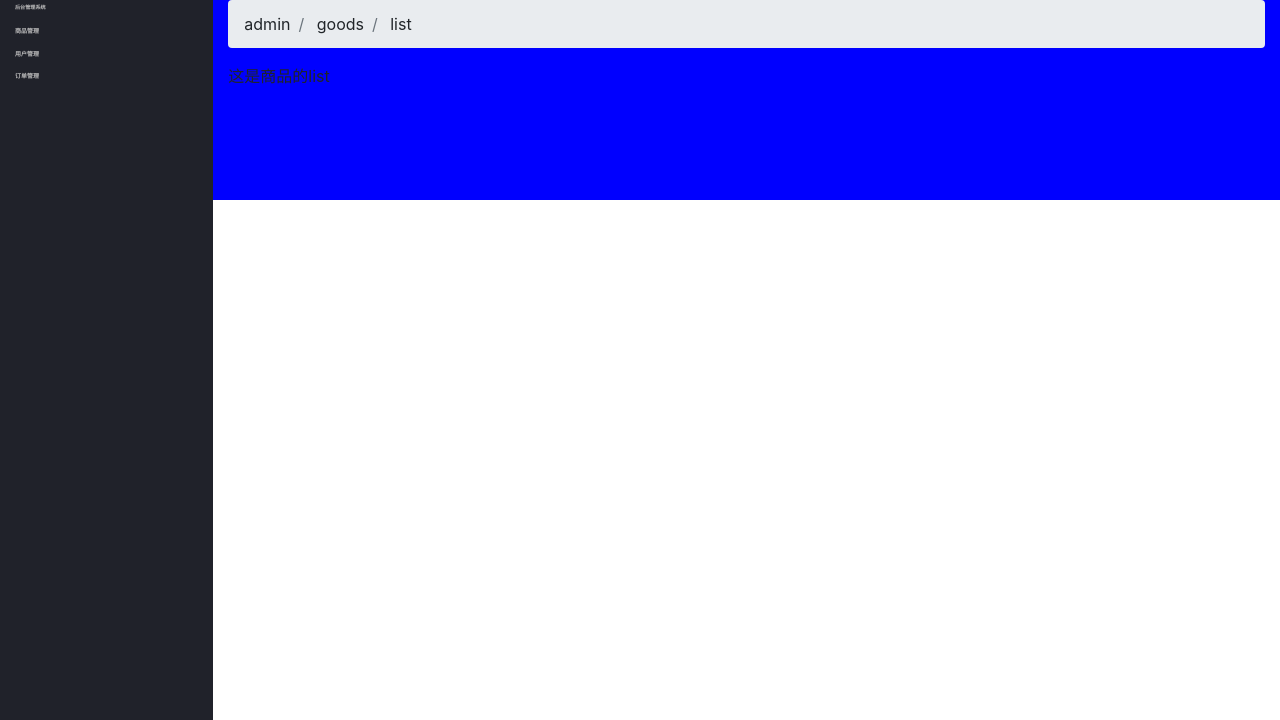
Repository: Rayfang0719/Vue-admin
Page: /admin/goods/list
An editor plug-in stored every save of this project. The page is shown before and after the next save, followed by the edit.
The browser window is 1280 px wide. The pictures show the whole page.
The project was rebuilt for these pictures with package versions that can differ from the ones it lists, and the page was loaded fresh each time. Also part of the build but not shown: vue.config.js, src/pages/login.vue.

Above is the page before, as saved 2019-05-11 16:30:53.

### public/index.html
<!DOCTYPE html>
<html lang="en">
  <head>
    <meta charset="utf-8">
    <meta http-equiv="X-UA-Compatible" content="IE=edge">
    <meta name="viewport" content="width=device-width,initial-scale=1.0">
    <link rel="icon" href="<%= BASE_URL %>favicon.ico">
    <title>secco-admin</title>
    <link rel="stylesheet" href="./base.css">
    <style>
      *{
        margin:0px ;
        padding:0px;
      }
    html,body{
      width:100%;
      height:100%;
    }
    </style>
  </head>
  <body>

    <div id="app"></div>
    <!-- built files will be auto injected -->
  </body>
</html>

### src/main.js
import Vue from 'vue'
import App from './App.vue'
import router from './router/router'
import store from './store'

// import axios from "axios";
// Vue.prototype.$axios = axios;

// import bootstrap lib to the project,没有路径就会直接去找node_modules
import "bootstrap";

import 'lib-flexible';
Vue.config.productionTip = false

new Vue({
  router,
  store,
  render: h => h(App)
}).$mount('#app')

### src/App.vue
<template>
  <div id="app">

    <router-view/>
  </div>
</template>
<script>

export default {

}
</script>

<style>
@import  '../node_modules/bootstrap/dist/css/bootstrap.css';

#app{
  height:100%;
  width:100%;
  overflow:hidden;
}
</style>

### src/router/router.js
import Vue from 'vue'
import Router from 'vue-router'
import Login from '../pages/login.vue'


Vue.use(Router)

export default new Router({
  mode: 'history',
  base: process.env.BASE_URL,
  routes: [
    {
      path: '/',
      name: 'Login',
      component: Login
    },
    {
      path: '/admin',
      name: 'admin',
      meta: {
        requireAuth: true
      },
      // route level code-splitting
      // this generates a separate chunk (about.[hash].js) for this route
      // which is lazy-loaded when the route is visited.
      component: () => import(/* webpackChunkName: "about" */ '../pages/admin/admin.vue'),
      children: [
        {
          path: 'goods',
          name: 'goods',
          title: '商品管理',
          component: () => import('../pages/admin/goods/goods'),//路径要自己改
          children:[
            {
              path: 'list',
              name: 'list',
              title: '商品列表',
              component: () => import('../pages/admin/goods/list'),//路径要自己改
            },
            {
              path: 'categories',
              name: 'categories',
              title: '商品分类',
              component: () => import('../pages/admin/goods/categories'),//路径要自己改
            },
            {
              path: 'addgoods',
              name: 'addgoods',
              title: '添加商品',
              component: () => import('../pages/admin/goods/addgoods'),//路径要自己改
            },
          ]
        },
        {
          path: 'users',
          name: 'users',
          title: '用户管理',
          component: () => import('../pages/admin/users/users'),//路径要自己改
          children:[
            {
              path: 'list',
              name: 'list',
              title: '用户列表',
              component: () => import('../pages/admin/users/list'),//路径要自己改
            },
            {
              path: 'adduser',
              name: 'adduser',
              title: '添加用户',
              component: () => import('../pages/admin/users/adduser'),//路径要自己改
            },

          ]
        },
      ]
    }
  ]
})

### src/store/index.js
import Vue from 'vue'
import Vuex from 'vuex'
import createPersistedState from 'vuex-persistedstate'

Vue.use(Vuex)

/* eslint-disable no-new */
const store = new Vuex.Store({
  plugins: [createPersistedState()],
  modules: {
  }
})

export default store

### src/pages/admin/admin.vue
<template>

  <div class="container-fluid" style="height:100%">
    <div class="row" style="height:100%">
      <div class="col-sm-2 admin-aside">
        <h2>后台管理系统</h2>
        <ul class="goods">
          <span>商品管理</span>
          <router-link to="/admin/goods/list">
            <li>商品列表</li>
          </router-link>
          <router-link to="/admin/goods/categories">
            <li>商品分类</li>
          </router-link>
          <router-link to="/admin/goods/addgoods">
            <li>添加商品</li>
          </router-link>
        </ul>
        <ul class="users">
          <span>用户管理</span>
          <router-link to="/admin/users/list">
            <li>用户列表</li>
          </router-link>

          <router-link to="/admin/users/adduser">
            <li>添加用户</li>
          </router-link>
        </ul>
        <ul class="order">
          <span>订单管理</span>


          <li>订单列表</li>
        </ul>
      </div>

      <div class="col-sm-10" style="background-color:blue;height:200px;">
        <nav aria-label="breadcrumb">
          <ol class="breadcrumb">

            <li class="breadcrumb-item" v-for ="(path,index) in paths" :key="index"  @click="goto(index)">
              {{path}}
            </li>

          </ol>
        </nav>
        <router-view></router-view>
      </div>
    </div>
  </div>
</template>
<script>
import $ from "jquery";

export default {
  data() {
    return {

    }
  },
  computed:{
    paths(){
    let paths = this.$route.path;
    paths = paths.split('/')
     paths.splice(0,1);
     return paths;
      }

  },
  mounted() {

    var goods = $(".goods");
    var users = $(".users");
    var order = $(".order");

    var goodsLi = goods.find("li");
    var usersLi = users.find("li");
    var orderLi = order.find("li");

    goods.find("span").on("click", () => {
      goodsLi.css("display") == "none"
        ? goodsLi.css("display", "block")
        : goodsLi.css("display", "none");
    });
    users.find("span").on("click", () => {
      usersLi.css("display") == "none"
        ? usersLi.css("display", "block")
        : usersLi.css("display", "none");
    });
    order.find("span").on("click", () => {
      orderLi.css("display") == "none"
        ? orderLi.css("display", "block")
        : orderLi.css("display", "none");
    });
  },
  methods: {
    //   goto(idx){
    //       let to  ='';
    //       for( var item of this.paths ){
    //           if(idx<this.paths.length){
    //              break;
    //           }else{
    //             to=to +'/'+item;
    //           }
    //       }

        //   console.log(to);

        //   to = to.slice(-1);
        //   this.$router.replace(to);
        //   console.log(to);
    //   }
  }
};
</script>
<style lang="scss" scoped>
.admin-aside {
  background-color: #20222a;
  color: #c2c2c2;
  height: 100%;
  h2 {
    height: 0.96rem;
    line-height: 0.96rem;
    font-size: 0.32rem;
    font-weight: 800;
  }
  ul {
    font-size: 0.373333rem;
    font-weight: 600;
    line-height: 1rem;
    margin-bottom: 0.4rem;
    li {
      font-size: 0.32rem;
      display: none;
      padding-left: 0.25rem;
    }
  }
}
</style>

### src/pages/admin/goods/goods.vue
<template>
    <div>
        <router-view></router-view>
    </div>
</template>
<script>
export default {

}
</script>

### src/pages/admin/goods/list.vue
<template>
    <div>
        这是商品的list
    </div>
</template>
<script>
export default {

}
</script>

### public/base.css
/*(1)清除默认样式*/
html, body, ul, li, ol, dl, dd, dt, p, h1, h2, h3, h4, h5, h6, form, fieldset, legend, img,input{ margin:0; padding:0; }
fieldset, img,input,button { border:0 none; padding:0;margin:0;outline-style:none; }   /*去掉input等聚焦时的蓝色边框*/
ul,li,ol{ list-style:none; }
select, input { vertical-align:middle;}
textarea { resize:none; } /*防止拖动*/
img {border:0; vertical-align:middle; }
/*  去掉图片低测默认的3像素空白缝隙，或者用display：block也可以*/
table { border-collapse:collapse; }
a {text-decoration:none; }



/*2.添加公共样式*/
/*body {
    font:12px Arial,Verdana,"\5b8b\4f53";
    color:#666;
    background:#fff;
}*/
/*清除浮动（不管）*/
.clearfix:before,.clearfix:after {  /*清楚浮动*/
    content:"";
    display:table;
}
.clearfix:after{clear:both;}
.clearfix{
    *zoom:1;/*IE/7/6*/
}
h1,h2,h3,h4,h5,h6 {font-weight:normal;font-size:1em;}  /*设置h标签的大小，设置跟父亲一样大的字体font-size:100%;*/
s,i,em{font-style:normal;text-decoration:none;}


/*公共类*/
.container {  /*内容、版心 提取 */
    width: 1210px;
    margin:0 auto;
}
.fl {
    float:left;
}
.fr {
    float:right;
}
.ac {
    text-align:center;
}
.hide {
    display:none;
}
.f12{ font-size: 12px;}
.f14{ font-size: 14px;}
.f16{ font-size: 16px;}

After the next save:
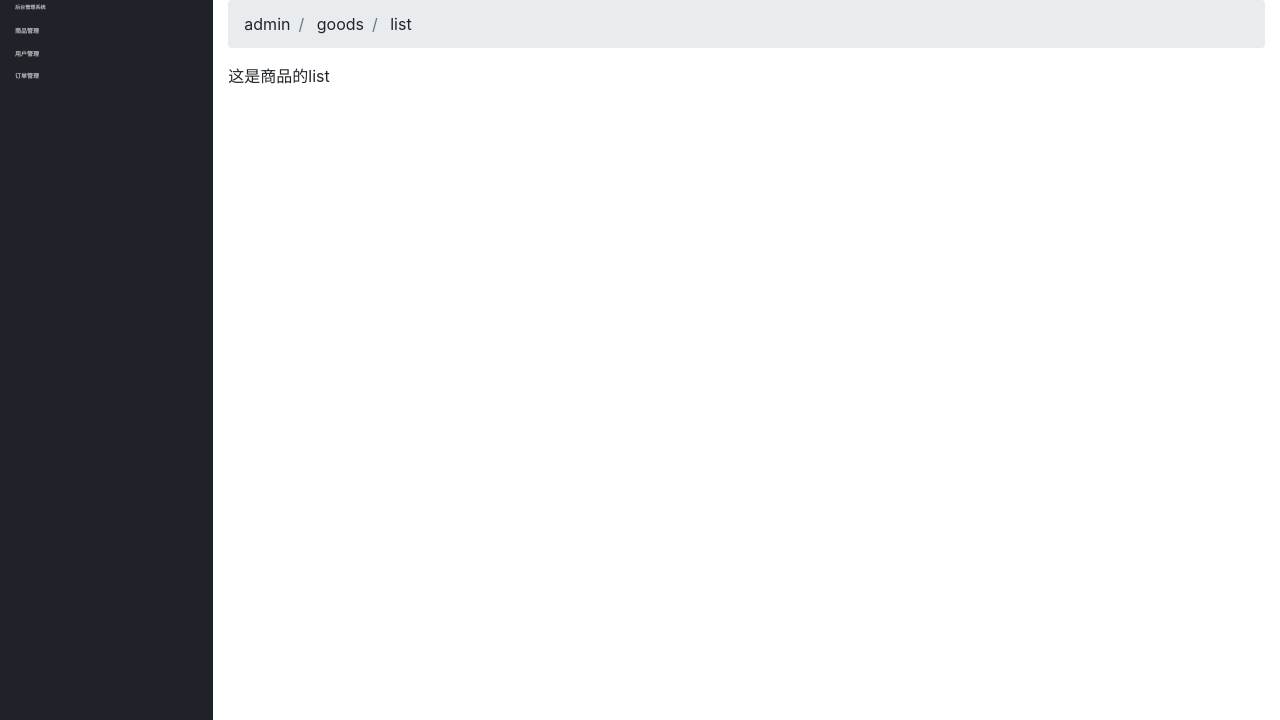
Saved 30 s later.
--- a/src/pages/admin/admin.vue
+++ b/src/pages/admin/admin.vue
@@ -34,7 +34,7 @@
         </ul>
       </div>
 
-      <div class="col-sm-10" style="background-color:blue;height:200px;">
+      <div class="col-sm-10">
         <nav aria-label="breadcrumb">
           <ol class="breadcrumb">
 
